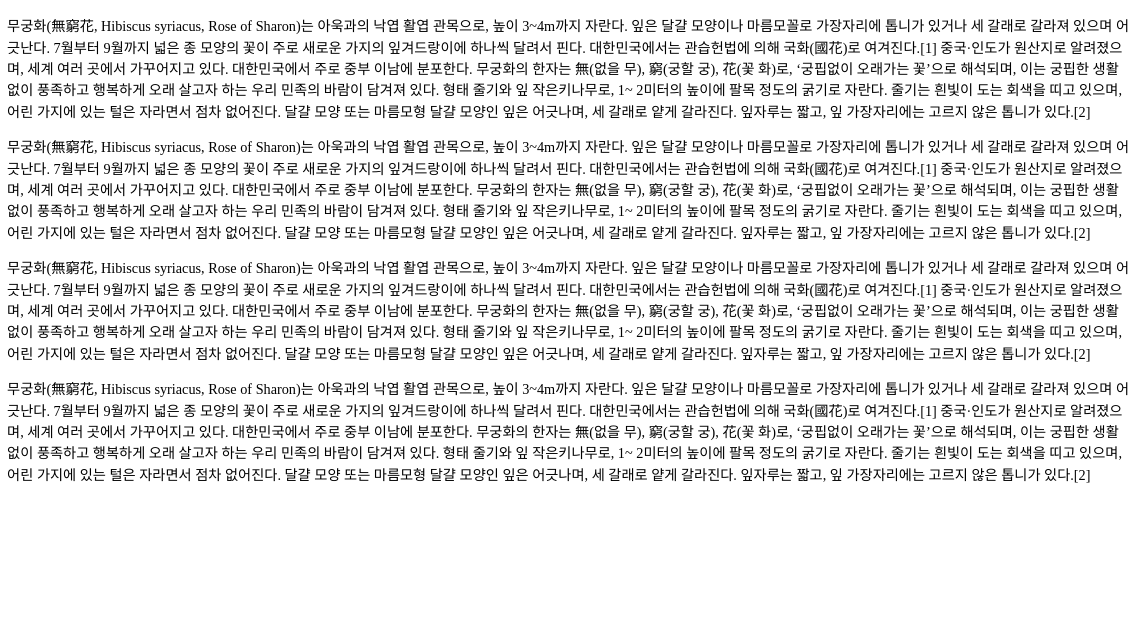
Repository: sH1222J/SH_DDit_WEB_study
Page: workspace/webpro/src/main/webapp/0304/heading제목테스트.html
The author's editor kept a copy of each file at every save. The page is drawn from the files as they stood at one save, then again after the next save.
The browser window is 1280 px wide. The pictures show the whole page, at 89% of full size.

Above is the page before, as saved 2025-03-04 02:50:02.

After the next save:
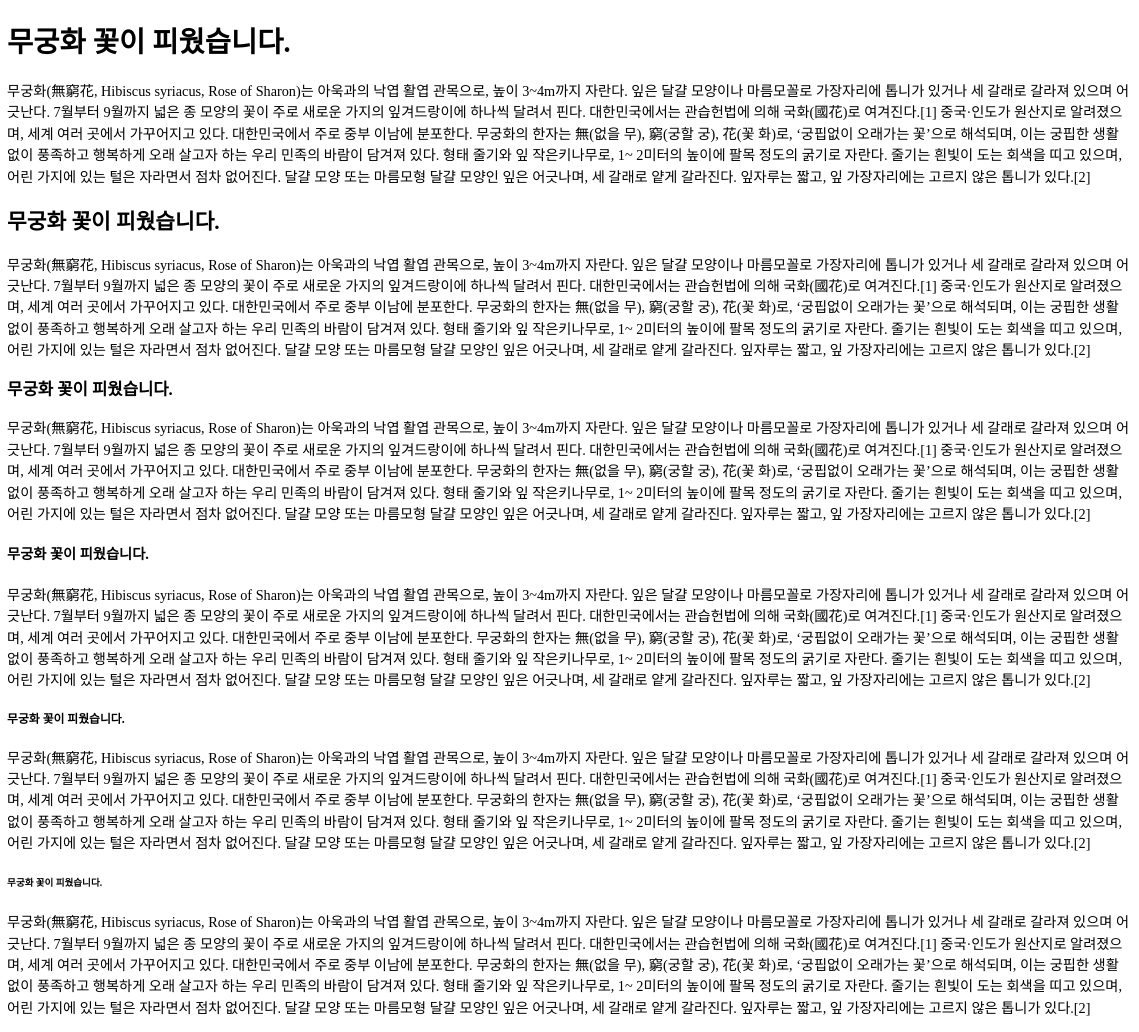
Saved 13 min 49 s later.
--- a/workspace/webpro/src/main/webapp/0304/heading제목테스트.html
+++ b/workspace/webpro/src/main/webapp/0304/heading제목테스트.html
@@ -5,52 +5,67 @@
 <title>Insert title here</title>
 </head>
 <body>
-<p>
-무궁화(無窮花, Hibiscus syriacus, Rose of Sharon)는 아욱과의 낙엽 활엽 관목으로, 높이 3~4m까지 자란다. 잎은 달걀 모양이나 마름모꼴로 가장자리에 톱니가 있거나 세 갈래로 갈라져 있으며 어긋난다. 7월부터 9월까지 넓은 종 모양의 꽃이 주로 새로운 가지의 잎겨드랑이에 하나씩 달려서 핀다. 대한민국에서는 관습헌법에 의해 국화(國花)로 여겨진다.[1] 중국·인도가 원산지로 알려졌으며, 세계 여러 곳에서 가꾸어지고 있다. 대한민국에서 주로 중부 이남에 분포한다.
+	<h1>무궁화 꽃이 피웠습니다.</h1>
+	<p>무궁화(無窮花, Hibiscus syriacus, Rose of Sharon)는 아욱과의 낙엽 활엽 관목으로, 높이
+		3~4m까지 자란다. 잎은 달걀 모양이나 마름모꼴로 가장자리에 톱니가 있거나 세 갈래로 갈라져 있으며 어긋난다. 7월부터
+		9월까지 넓은 종 모양의 꽃이 주로 새로운 가지의 잎겨드랑이에 하나씩 달려서 핀다. 대한민국에서는 관습헌법에 의해
+		국화(國花)로 여겨진다.[1] 중국·인도가 원산지로 알려졌으며, 세계 여러 곳에서 가꾸어지고 있다. 대한민국에서 주로 중부
+		이남에 분포한다. 무궁화의 한자는 無(없을 무), 窮(궁할 궁), 花(꽃 화)로, ‘궁핍없이 오래가는 꽃’으로 해석되며, 이는
+		궁핍한 생활 없이 풍족하고 행복하게 오래 살고자 하는 우리 민족의 바람이 담겨져 있다. 형태 줄기와 잎 작은키나무로, 1~
+		2미터의 높이에 팔목 정도의 굵기로 자란다. 줄기는 흰빛이 도는 회색을 띠고 있으며, 어린 가지에 있는 털은 자라면서 점차
+		없어진다. 달걀 모양 또는 마름모형 달걀 모양인 잎은 어긋나며, 세 갈래로 얕게 갈라진다. 잎자루는 짧고, 잎 가장자리에는
+		고르지 않은 톱니가 있다.[2]</p>
+	<h2>무궁화 꽃이 피웠습니다.</h2>
+	<p>무궁화(無窮花, Hibiscus syriacus, Rose of Sharon)는 아욱과의 낙엽 활엽 관목으로, 높이
+		3~4m까지 자란다. 잎은 달걀 모양이나 마름모꼴로 가장자리에 톱니가 있거나 세 갈래로 갈라져 있으며 어긋난다. 7월부터
+		9월까지 넓은 종 모양의 꽃이 주로 새로운 가지의 잎겨드랑이에 하나씩 달려서 핀다. 대한민국에서는 관습헌법에 의해
+		국화(國花)로 여겨진다.[1] 중국·인도가 원산지로 알려졌으며, 세계 여러 곳에서 가꾸어지고 있다. 대한민국에서 주로 중부
+		이남에 분포한다. 무궁화의 한자는 無(없을 무), 窮(궁할 궁), 花(꽃 화)로, ‘궁핍없이 오래가는 꽃’으로 해석되며, 이는
+		궁핍한 생활 없이 풍족하고 행복하게 오래 살고자 하는 우리 민족의 바람이 담겨져 있다. 형태 줄기와 잎 작은키나무로, 1~
+		2미터의 높이에 팔목 정도의 굵기로 자란다. 줄기는 흰빛이 도는 회색을 띠고 있으며, 어린 가지에 있는 털은 자라면서 점차
+		없어진다. 달걀 모양 또는 마름모형 달걀 모양인 잎은 어긋나며, 세 갈래로 얕게 갈라진다. 잎자루는 짧고, 잎 가장자리에는
+		고르지 않은 톱니가 있다.[2]</p>
+	<h3>무궁화 꽃이 피웠습니다.</h3>
+	<p>무궁화(無窮花, Hibiscus syriacus, Rose of Sharon)는 아욱과의 낙엽 활엽 관목으로, 높이
+		3~4m까지 자란다. 잎은 달걀 모양이나 마름모꼴로 가장자리에 톱니가 있거나 세 갈래로 갈라져 있으며 어긋난다. 7월부터
+		9월까지 넓은 종 모양의 꽃이 주로 새로운 가지의 잎겨드랑이에 하나씩 달려서 핀다. 대한민국에서는 관습헌법에 의해
+		국화(國花)로 여겨진다.[1] 중국·인도가 원산지로 알려졌으며, 세계 여러 곳에서 가꾸어지고 있다. 대한민국에서 주로 중부
+		이남에 분포한다. 무궁화의 한자는 無(없을 무), 窮(궁할 궁), 花(꽃 화)로, ‘궁핍없이 오래가는 꽃’으로 해석되며, 이는
+		궁핍한 생활 없이 풍족하고 행복하게 오래 살고자 하는 우리 민족의 바람이 담겨져 있다. 형태 줄기와 잎 작은키나무로, 1~
+		2미터의 높이에 팔목 정도의 굵기로 자란다. 줄기는 흰빛이 도는 회색을 띠고 있으며, 어린 가지에 있는 털은 자라면서 점차
+		없어진다. 달걀 모양 또는 마름모형 달걀 모양인 잎은 어긋나며, 세 갈래로 얕게 갈라진다. 잎자루는 짧고, 잎 가장자리에는
+		고르지 않은 톱니가 있다.[2]</p>
+	<h4>무궁화 꽃이 피웠습니다.</h4>
+	<p>무궁화(無窮花, Hibiscus syriacus, Rose of Sharon)는 아욱과의 낙엽 활엽 관목으로, 높이
+		3~4m까지 자란다. 잎은 달걀 모양이나 마름모꼴로 가장자리에 톱니가 있거나 세 갈래로 갈라져 있으며 어긋난다. 7월부터
+		9월까지 넓은 종 모양의 꽃이 주로 새로운 가지의 잎겨드랑이에 하나씩 달려서 핀다. 대한민국에서는 관습헌법에 의해
+		국화(國花)로 여겨진다.[1] 중국·인도가 원산지로 알려졌으며, 세계 여러 곳에서 가꾸어지고 있다. 대한민국에서 주로 중부
+		이남에 분포한다. 무궁화의 한자는 無(없을 무), 窮(궁할 궁), 花(꽃 화)로, ‘궁핍없이 오래가는 꽃’으로 해석되며, 이는
+		궁핍한 생활 없이 풍족하고 행복하게 오래 살고자 하는 우리 민족의 바람이 담겨져 있다. 형태 줄기와 잎 작은키나무로, 1~
+		2미터의 높이에 팔목 정도의 굵기로 자란다. 줄기는 흰빛이 도는 회색을 띠고 있으며, 어린 가지에 있는 털은 자라면서 점차
+		없어진다. 달걀 모양 또는 마름모형 달걀 모양인 잎은 어긋나며, 세 갈래로 얕게 갈라진다. 잎자루는 짧고, 잎 가장자리에는
+		고르지 않은 톱니가 있다.[2]</p>
+	<h5>무궁화 꽃이 피웠습니다.</h5>
+	<p>무궁화(無窮花, Hibiscus syriacus, Rose of Sharon)는 아욱과의 낙엽 활엽 관목으로, 높이
+		3~4m까지 자란다. 잎은 달걀 모양이나 마름모꼴로 가장자리에 톱니가 있거나 세 갈래로 갈라져 있으며 어긋난다. 7월부터
+		9월까지 넓은 종 모양의 꽃이 주로 새로운 가지의 잎겨드랑이에 하나씩 달려서 핀다. 대한민국에서는 관습헌법에 의해
+		국화(國花)로 여겨진다.[1] 중국·인도가 원산지로 알려졌으며, 세계 여러 곳에서 가꾸어지고 있다. 대한민국에서 주로 중부
+		이남에 분포한다. 무궁화의 한자는 無(없을 무), 窮(궁할 궁), 花(꽃 화)로, ‘궁핍없이 오래가는 꽃’으로 해석되며, 이는
+		궁핍한 생활 없이 풍족하고 행복하게 오래 살고자 하는 우리 민족의 바람이 담겨져 있다. 형태 줄기와 잎 작은키나무로, 1~
+		2미터의 높이에 팔목 정도의 굵기로 자란다. 줄기는 흰빛이 도는 회색을 띠고 있으며, 어린 가지에 있는 털은 자라면서 점차
+		없어진다. 달걀 모양 또는 마름모형 달걀 모양인 잎은 어긋나며, 세 갈래로 얕게 갈라진다. 잎자루는 짧고, 잎 가장자리에는
+		고르지 않은 톱니가 있다.[2]</p>
 
-무궁화의 한자는 無(없을 무), 窮(궁할 궁), 花(꽃 화)로, ‘궁핍없이 오래가는 꽃’으로 해석되며, 이는 궁핍한 생활 없이 풍족하고 행복하게 오래 살고자 하는 우리 민족의 바람이 담겨져 있다.
+	<h6>무궁화 꽃이 피웠습니다.</h6>
+	<p>무궁화(無窮花, Hibiscus syriacus, Rose of Sharon)는 아욱과의 낙엽 활엽 관목으로, 높이
+		3~4m까지 자란다. 잎은 달걀 모양이나 마름모꼴로 가장자리에 톱니가 있거나 세 갈래로 갈라져 있으며 어긋난다. 7월부터
+		9월까지 넓은 종 모양의 꽃이 주로 새로운 가지의 잎겨드랑이에 하나씩 달려서 핀다. 대한민국에서는 관습헌법에 의해
+		국화(國花)로 여겨진다.[1] 중국·인도가 원산지로 알려졌으며, 세계 여러 곳에서 가꾸어지고 있다. 대한민국에서 주로 중부
+		이남에 분포한다. 무궁화의 한자는 無(없을 무), 窮(궁할 궁), 花(꽃 화)로, ‘궁핍없이 오래가는 꽃’으로 해석되며, 이는
+		궁핍한 생활 없이 풍족하고 행복하게 오래 살고자 하는 우리 민족의 바람이 담겨져 있다. 형태 줄기와 잎 작은키나무로, 1~
+		2미터의 높이에 팔목 정도의 굵기로 자란다. 줄기는 흰빛이 도는 회색을 띠고 있으며, 어린 가지에 있는 털은 자라면서 점차
+		없어진다. 달걀 모양 또는 마름모형 달걀 모양인 잎은 어긋나며, 세 갈래로 얕게 갈라진다. 잎자루는 짧고, 잎 가장자리에는
+		고르지 않은 톱니가 있다.[2]</p>
 
-형태
-줄기와 잎
-작은키나무로, 1~ 2미터의 높이에 팔목 정도의 굵기로 자란다. 줄기는 흰빛이 도는 회색을 띠고 있으며, 어린 가지에 있는 털은 자라면서 점차 없어진다. 달걀 모양 또는 마름모형 달걀 모양인 잎은 어긋나며, 세 갈래로 얕게 갈라진다. 잎자루는 짧고, 잎 가장자리에는 고르지 않은 톱니가 있다.[2]
-
-
-</p>
-
-<p>
-무궁화(無窮花, Hibiscus syriacus, Rose of Sharon)는 아욱과의 낙엽 활엽 관목으로, 높이 3~4m까지 자란다. 잎은 달걀 모양이나 마름모꼴로 가장자리에 톱니가 있거나 세 갈래로 갈라져 있으며 어긋난다. 7월부터 9월까지 넓은 종 모양의 꽃이 주로 새로운 가지의 잎겨드랑이에 하나씩 달려서 핀다. 대한민국에서는 관습헌법에 의해 국화(國花)로 여겨진다.[1] 중국·인도가 원산지로 알려졌으며, 세계 여러 곳에서 가꾸어지고 있다. 대한민국에서 주로 중부 이남에 분포한다.
-
-무궁화의 한자는 無(없을 무), 窮(궁할 궁), 花(꽃 화)로, ‘궁핍없이 오래가는 꽃’으로 해석되며, 이는 궁핍한 생활 없이 풍족하고 행복하게 오래 살고자 하는 우리 민족의 바람이 담겨져 있다.
-
-형태
-줄기와 잎
-작은키나무로, 1~ 2미터의 높이에 팔목 정도의 굵기로 자란다. 줄기는 흰빛이 도는 회색을 띠고 있으며, 어린 가지에 있는 털은 자라면서 점차 없어진다. 달걀 모양 또는 마름모형 달걀 모양인 잎은 어긋나며, 세 갈래로 얕게 갈라진다. 잎자루는 짧고, 잎 가장자리에는 고르지 않은 톱니가 있다.[2]
-
-
-</p>
-
-<p>
-무궁화(無窮花, Hibiscus syriacus, Rose of Sharon)는 아욱과의 낙엽 활엽 관목으로, 높이 3~4m까지 자란다. 잎은 달걀 모양이나 마름모꼴로 가장자리에 톱니가 있거나 세 갈래로 갈라져 있으며 어긋난다. 7월부터 9월까지 넓은 종 모양의 꽃이 주로 새로운 가지의 잎겨드랑이에 하나씩 달려서 핀다. 대한민국에서는 관습헌법에 의해 국화(國花)로 여겨진다.[1] 중국·인도가 원산지로 알려졌으며, 세계 여러 곳에서 가꾸어지고 있다. 대한민국에서 주로 중부 이남에 분포한다.
-
-무궁화의 한자는 無(없을 무), 窮(궁할 궁), 花(꽃 화)로, ‘궁핍없이 오래가는 꽃’으로 해석되며, 이는 궁핍한 생활 없이 풍족하고 행복하게 오래 살고자 하는 우리 민족의 바람이 담겨져 있다.
-
-형태
-줄기와 잎
-작은키나무로, 1~ 2미터의 높이에 팔목 정도의 굵기로 자란다. 줄기는 흰빛이 도는 회색을 띠고 있으며, 어린 가지에 있는 털은 자라면서 점차 없어진다. 달걀 모양 또는 마름모형 달걀 모양인 잎은 어긋나며, 세 갈래로 얕게 갈라진다. 잎자루는 짧고, 잎 가장자리에는 고르지 않은 톱니가 있다.[2]
-
-
-</p>
-
-<p>
-무궁화(無窮花, Hibiscus syriacus, Rose of Sharon)는 아욱과의 낙엽 활엽 관목으로, 높이 3~4m까지 자란다. 잎은 달걀 모양이나 마름모꼴로 가장자리에 톱니가 있거나 세 갈래로 갈라져 있으며 어긋난다. 7월부터 9월까지 넓은 종 모양의 꽃이 주로 새로운 가지의 잎겨드랑이에 하나씩 달려서 핀다. 대한민국에서는 관습헌법에 의해 국화(國花)로 여겨진다.[1] 중국·인도가 원산지로 알려졌으며, 세계 여러 곳에서 가꾸어지고 있다. 대한민국에서 주로 중부 이남에 분포한다.
-
-무궁화의 한자는 無(없을 무), 窮(궁할 궁), 花(꽃 화)로, ‘궁핍없이 오래가는 꽃’으로 해석되며, 이는 궁핍한 생활 없이 풍족하고 행복하게 오래 살고자 하는 우리 민족의 바람이 담겨져 있다.
-
-형태
-줄기와 잎
-작은키나무로, 1~ 2미터의 높이에 팔목 정도의 굵기로 자란다. 줄기는 흰빛이 도는 회색을 띠고 있으며, 어린 가지에 있는 털은 자라면서 점차 없어진다. 달걀 모양 또는 마름모형 달걀 모양인 잎은 어긋나며, 세 갈래로 얕게 갈라진다. 잎자루는 짧고, 잎 가장자리에는 고르지 않은 톱니가 있다.[2]
-
-
-</p>
 </body>
 </html>
